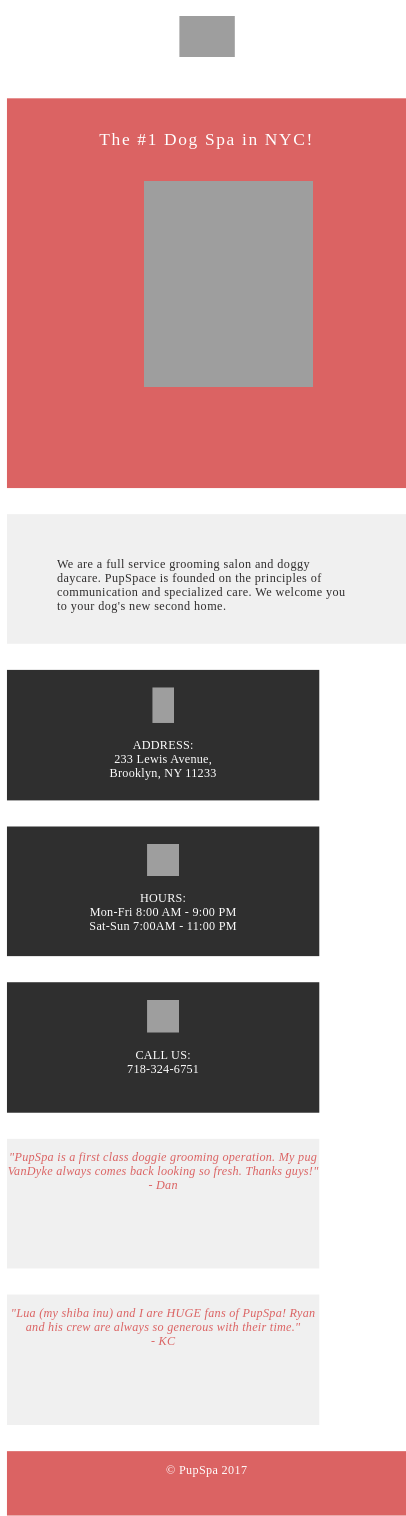
Repository: nghiakma/Javascript-begin
Page: grid/pupsa.html
The author's editor kept a copy of each file at every save. The page is drawn from the files as they stood at one save, then again after the next save.
The browser window is 375 px wide. The page is 467 px wide, so the pictures cover 467 px, including what lies to the right of the window. The pictures show the whole page, at 87% of full size.
Pictures or frames that could not be fetched are drawn as grey boxes.

Above is the page before, as saved 2023-05-24 15:24:11.

### grid/pupsa.html
<!DOCTYPE html>
<!DOCTYPE html>
<html lang="en">

<head>
    <meta charset="UTF-8">
    <meta http-equiv="X-UA-Compatible" content="IE=edge">
    <meta name="viewport" content="width=device-width, initial-scale=1.0">
    <title>Document</title>
    <link rel="stylesheet" href="pupspa.css">
</head>

<body>
    <div class="grid">

        <header>
            <img src="https://s3.amazonaws.com/codecademy-content/courses/learn-css-grid/project-i/images/pup-spa.svg"
                class="logo">
        </header>

        <div class="banner">
            <p>The #1 Dog Spa in NYC!</p>
            <img src="https://s3.amazonaws.com/codecademy-content/courses/learn-css-grid/project-i/images/dog.svg"
                class="dog">
        </div>

        <div class="about">
            <p class="text">We are a full service grooming salon and doggy daycare. PupSpace is founded on the
                principles of communication and specialized care. We welcome you to your dog's new second home.</p>
        </div>

        <div class="box address">
            <img src="https://s3.amazonaws.com/codecademy-content/courses/learn-css-grid/project-i/images/marker.svg"
                class="marker">
            <p>ADDRESS:
                <br>233 Lewis Avenue,
                <br>Brooklyn, NY 11233
            </p>
        </div>

        <div class="box hours">
            <img src="https://s3.amazonaws.com/codecademy-content/courses/learn-css-grid/project-i/images/clock.svg"
                class="clock">
            <p>HOURS:
                <br>Mon-Fri 8:00 AM - 9:00 PM
                <br>Sat-Sun 7:00AM - 11:00 PM
            </p>
        </div>

        <div class="box call-us">
            <img src="https://s3.amazonaws.com/codecademy-content/courses/learn-css-grid/project-i/images/telephone.png"
                class="clock">
            <p>CALL US:
                <br>718-324-6751
            </p>
        </div>

        <div class="testimonial one">
            <p>"PupSpa is a first class doggie grooming operation. My pug VanDyke always comes back looking so fresh.
                Thanks guys!"
                <br> - Dan
            </p>
        </div>

        <div class="testimonial two">
            <p>"Lua (my shiba inu) and I are HUGE fans of PupSpa! Ryan and his crew are always so generous with their
                time."
                <br> - KC
            </p>
        </div>

        <footer>
            <p>️&copy; PupSpa 2017</p>
        </footer>

    </div>
</body>

</html>

### grid/pupspa.css
body {
  background-color: #ffffff;
  color: #db6363;
  text-align: center;
}

.grid {
display: grid;
grid-template: 5% 45% 10% 30% 20% 5% / repeat(6, 1fr);
grid-column-gap: 20px;
grid-row-gap: 30px;
}

header {
  background-color: #ffffff;
  color: #dc6363;
  padding-top: 10px;
  grid-column-start:1 ;
  grid-column-end:7 ;


}

.banner {
  background-color: #db6363;
  color: #ffffff;
  font-family: Poppins;
  font-size: 84px;
  font-weight: 300;
  letter-spacing: 3.7px;
  color: #ffffff;
  grid-column-start: 1 ;
  grid-column-end: 7 ;

}

img {
  height: 3em;

}

.about {
  background-color: #f0f0f0;
  padding-bottom: 20px;
  grid-column-start:1 ;
  grid-column-end:7 ;


}

.text {
  width: 50%;
  height: 100%;
  margin: auto;
  padding: auto;
  color: #2f2d2d;
  font-family: Poppins;
  font-size: 18px;
  font-weight: 500;
  text-align: left;
  letter-spacing: 0.5px;
  padding-top: 30px;
}

.box {
  background-color: #2f2f2f;
  color: #ffffff;
  font-family: Poppins;
  font-size: 20px;
  font-weight: 500;
  letter-spacing: 0.5px;
  text-align: center;
  padding-top: 20px;
  padding-bottom: 20px;
}

.address {
grid-column: 1/span 2;
}

.hours {
grid-column: 3/span 2;
}

.call-us {
grid-column: 5/span 2;
}

.marker {
  width: 51px;
  height: 82px;
}

.clock {
  width: 75px;
  height: 75px;
}

.phone {
  width: 98px;
  height: 79px;
}

.testimonial {

  background-color: #f0f0f0;
  color: #db6363;
  font-family: Poppins;
  font-size: 20px;
  font-weight: 300;
  letter-spacing: 3.7px;
  font-style: italic;
}

.one {
grid-column:1/ span 3;
}

.two {
grid-column: 4/ span 3;
}

footer {
  background-color: #db6363;
  color: #ffffff;
  font-family: Poppins;
  font-size: 14px;
  font-weight: 300;
  letter-spacing: 0.4px;
  grid-column-start:1 ;
  grid-column-end:7 ;


}
@media(max-width: 600px){

  .grid {
    grid-template-columns: 100%;
    grid-template-rows:5% 30% 10% repeat(3, 10%) repeat(2, 10%) 5%;
  }

  header {

  }

  .banner {
    font-size: 20px;
    font-weight: 300;
    line-height: 2.75;
    letter-spacing: 1.9px;

  }

  .dog {
    width: 195px;
    height: 237px;
    padding-left: 50px;
  }

  .about {

  }

  .text {
    width: 75%;
    padding-top: 50px;
    padding-bottom: 50px;
    font-size: 14px;
    font-weight: 500;
  }

  .box {
    font-size: 14px;
    font-weight: 500;
    letter-spacing: 0.3px;
  }

  .address {
    grid-row: 4/ span 1;
    grid-column: 1 / span 1;
  }

  .hours {
    grid-row: 5/ span 1;
    grid-column: 1 / span 1;
  }

  .call-us {
    grid-row: 6/ span 1;
    grid-column: 1 / span 1;
  }

  .marker {
    width: 25.5px;
    height: 40.4px;
  }

  .clock {
    width: 37.6px;
    height: 37.5px;
  }

  .phone {
    width: 49px;
    height: 39.5px;
  }

  .testimonial {
    font-size: 14px;
    font-weight: 500;
    letter-spacing: 0.3px;
  }

  .one {
    grid-row: 7/ span 1;
    grid-column: 1 / span 1;
  }

  .two {
    grid-row: 8/ span 1;
    grid-column: 1 / span 1;
  }

  footer {

  }

}

After the next save:
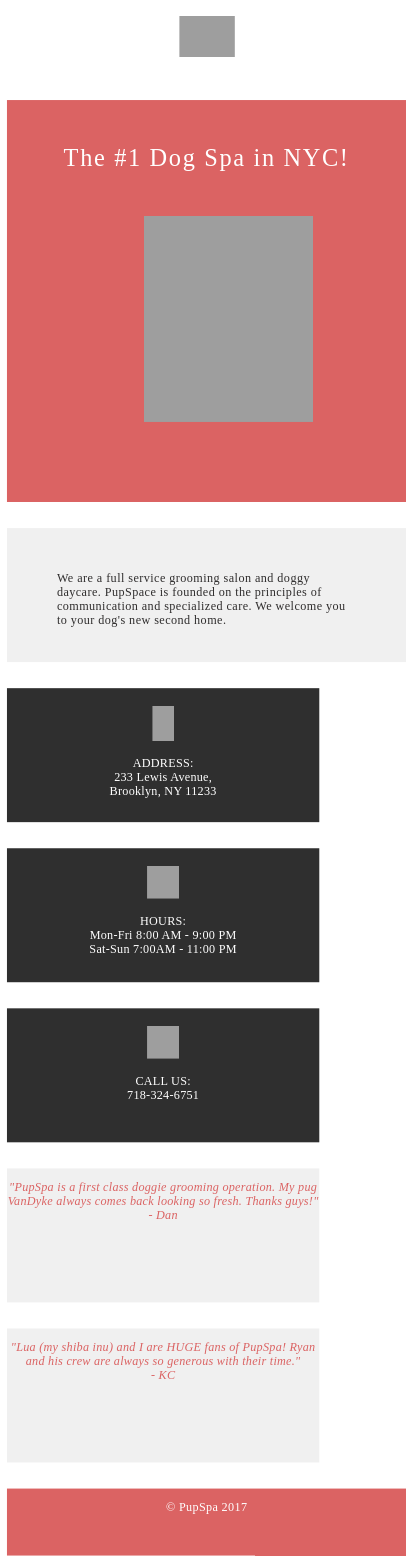
Saved 21 s later.
--- a/grid/pupspa.css
+++ b/grid/pupspa.css
@@ -144,7 +144,7 @@
   }
 
   .banner {
-    font-size: 20px;
+    font-size: 28px;
     font-weight: 300;
     line-height: 2.75;
     letter-spacing: 1.9px;
